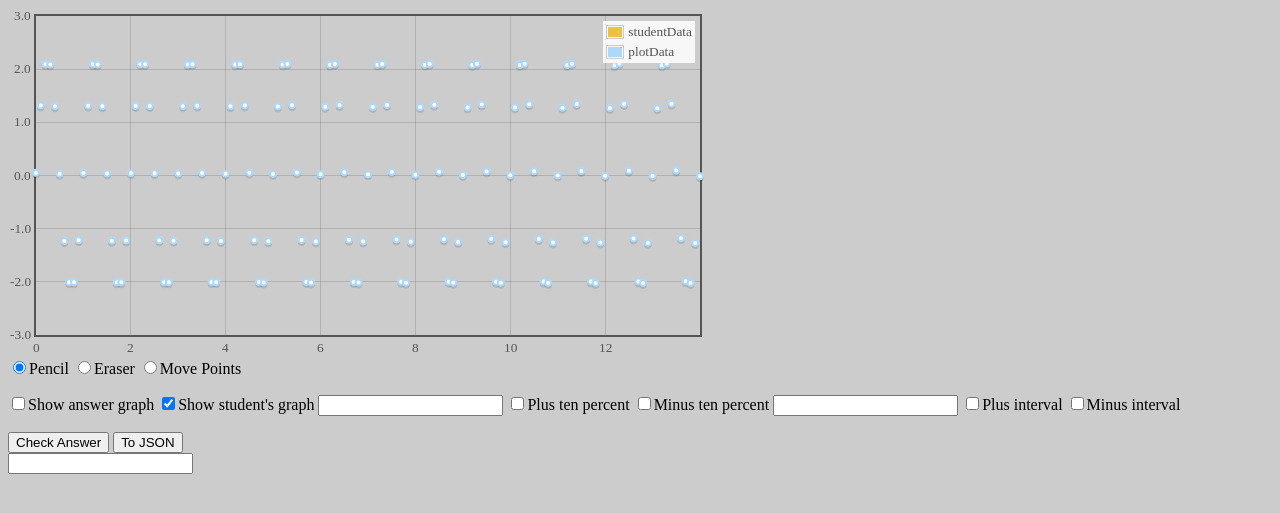
Repository: danmartelly/601autogradeGraphs
Page: flotSketching/test.html
The author's editor kept a copy of each file at every save. The page is drawn from the files as they stood at one save, then again after a run of saves.
The browser window is 1280 px wide. The pictures show the whole page.

Above is the page before, as saved 2014-01-30 17:27:07.

After the next 2 saves:
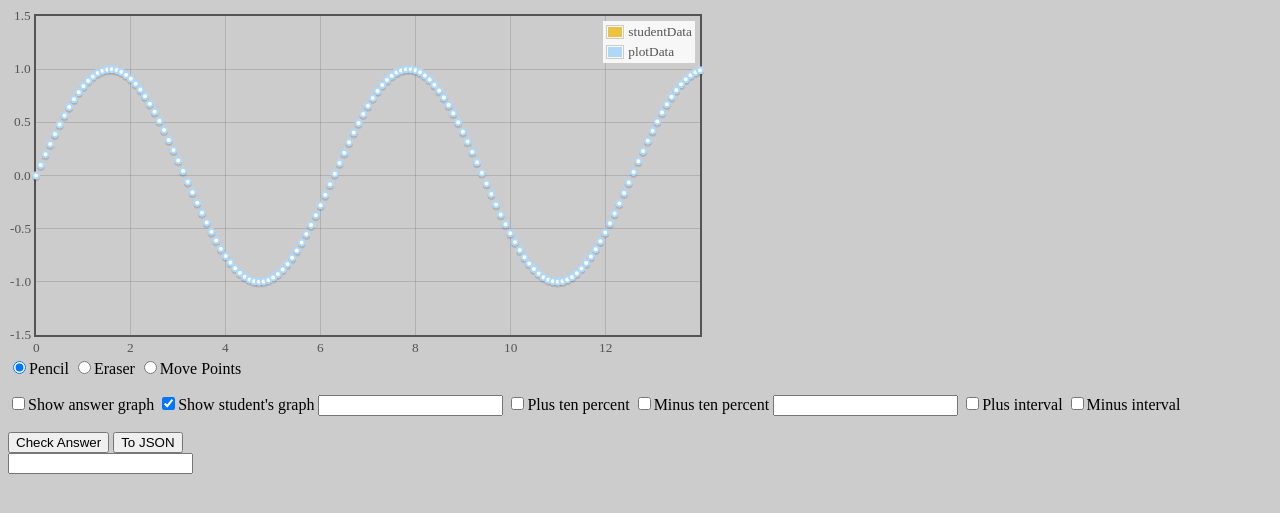
The 2 saves are shown as one change because they came seconds apart.
The last was saved 117 s later.
--- a/flotSketching/test.js
+++ b/flotSketching/test.js
@@ -18,7 +18,8 @@ $(function() {
 		return amp*Math.sin(2*Math.PI*freq*(x - xShift)) + offset;
 	}
 	for (var i = 0; i < 14; i += 0.1) {
-		plotData.data.push([i, genericSin(i, 2.15452795, 0.99964759, 0.99957028, 0.04148915)]);
+//		plotData.data.push([i, genericSin(i, 2.15452795, 0.99964759, 0.99957028, 0.04148915)]);
+		plotData.data.push([i, genericSin(i, 1, 1/(2*Math.PI), 0, 0)]);
 	}
 
 	var studentData = {
